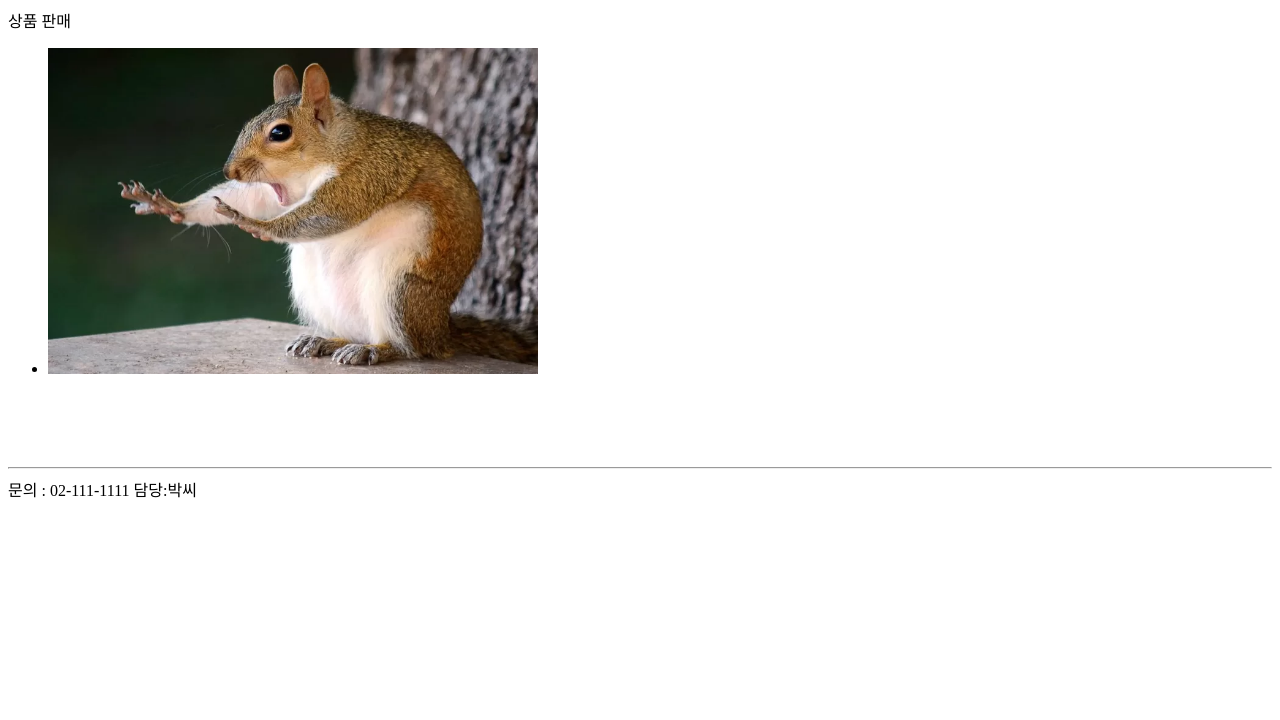
Repository: Jong-hp/Python
Page: django4_shop/basket_app/templates/main.html
These files come from the project's save history. The page is drawn as it stood at one moment and after the next save; the edit follows.
The browser window is 1280 px wide. The pictures show the whole page.

Above is the page before, as saved 2022-10-17 05:27:32.

### django4_shop/basket_app/templates/main.html
<!DOCTYPE html>
<html>
<head>
<meta charset="UTF-8">
<title>Insert title here</title>
</head>
<body>
상품 판매<p/>
<ul>
	<li>
		<a href="page1">
			<img src="/static/images/pic1.jpg" style="width: 40%" title="서둘러" />
		</a>
	</li>
</ul>
<pre>




</pre>
<hr>문의 : 02-111-1111 담당:박씨
</body>
</html>

After the next save:
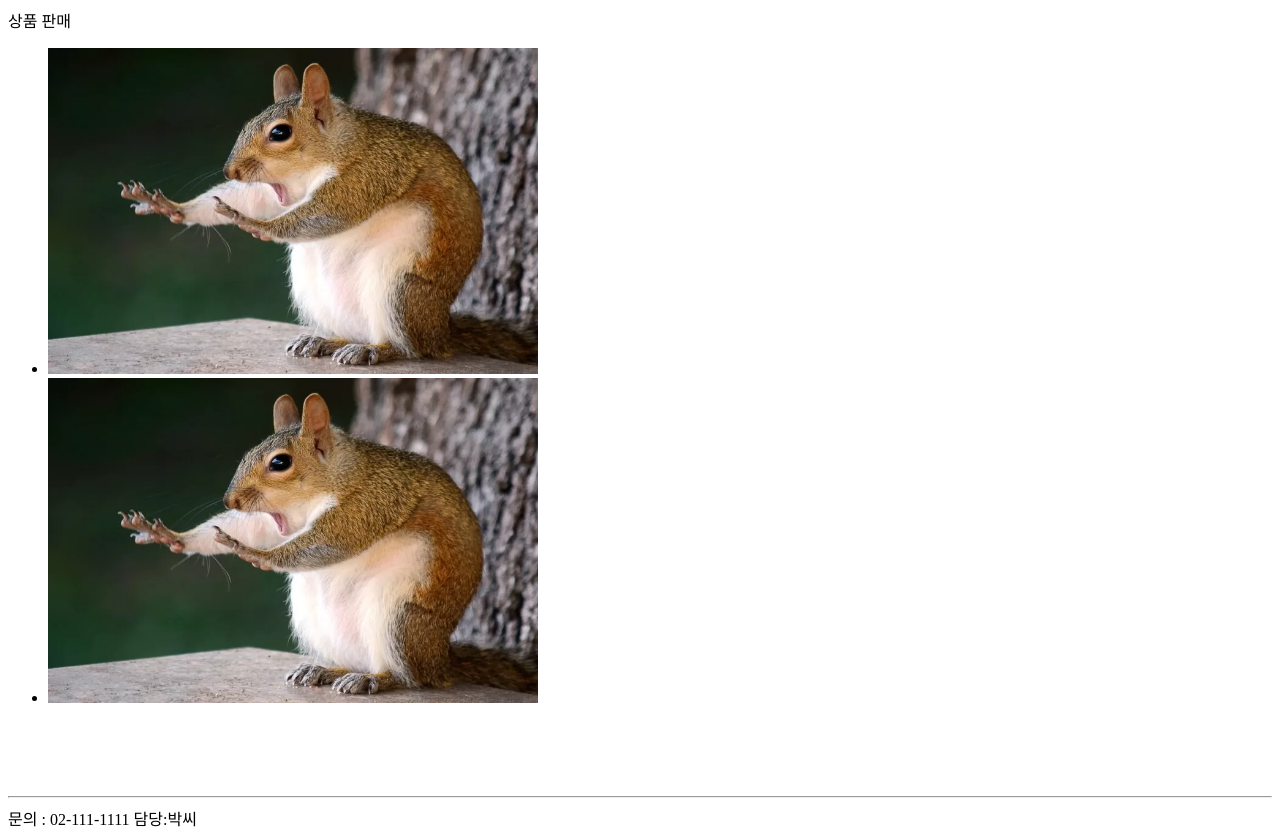
Saved 8 min 18 s later.
--- a/django4_shop/basket_app/templates/main.html
+++ b/django4_shop/basket_app/templates/main.html
@@ -12,6 +12,11 @@
 			<img src="/static/images/pic1.jpg" style="width: 40%" title="서둘러" />
 		</a>
 	</li>
+	<li>
+		<a href="page1">
+			<img src="/static/images/pic2.jpg" style="width: 40%" title="서둘러" />
+		</a>
+	</li>
 </ul>
 <pre>
 
